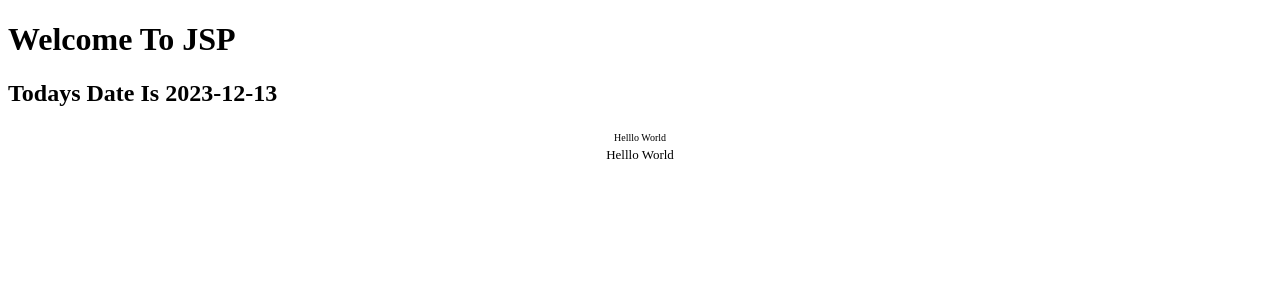
Repository: yashdpatil/Advanced_java
Page: http://localhost/MVC/Hello.jsp
An editor plug-in stored every save of this project. The page is shown before and after the next save, followed by the edit.
The browser window is 1280 px wide. The pictures show the whole page.
The page is served by Tomcat 9. Other server files are loaded and not shown.

Above is the page before, as saved 2023-12-14 04:49:27.

### MVC/src/main/webapp/Hello.jsp
<%@page import="java.time.LocalDate"%>
<%@ page language="java" contentType="text/html; charset=ISO-8859-1"
    pageEncoding="ISO-8859-1"%>
<!DOCTYPE html>
<html>
<head>
<meta charset="ISO-8859-1">
<title>Insert title here</title>
</head>
<body>
<h1>Welcome To JSP</h1>
<% LocalDate date = LocalDate.now(); %>
<h2> Todays Date Is <%= date %></h2>

<center>
<%
for(int i=1;i<3;i++){
%>
<font size="<%= i %>">Helllo World</font><br />

<%
}
%>
</center>

</body>
</html>

After the next save:
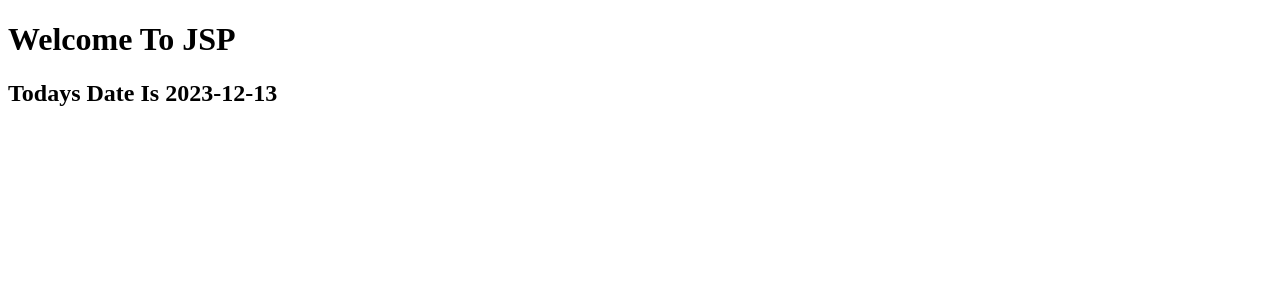
Saved 64 s later.
--- a/MVC/src/main/webapp/Hello.jsp
+++ b/MVC/src/main/webapp/Hello.jsp
@@ -14,7 +14,7 @@
 
 <center>
 <%
-for(int i=1;i<3;i++){
+for(int i=3;i<0;i++){
 %>
 <font size="<%= i %>">Helllo World</font><br />
 
